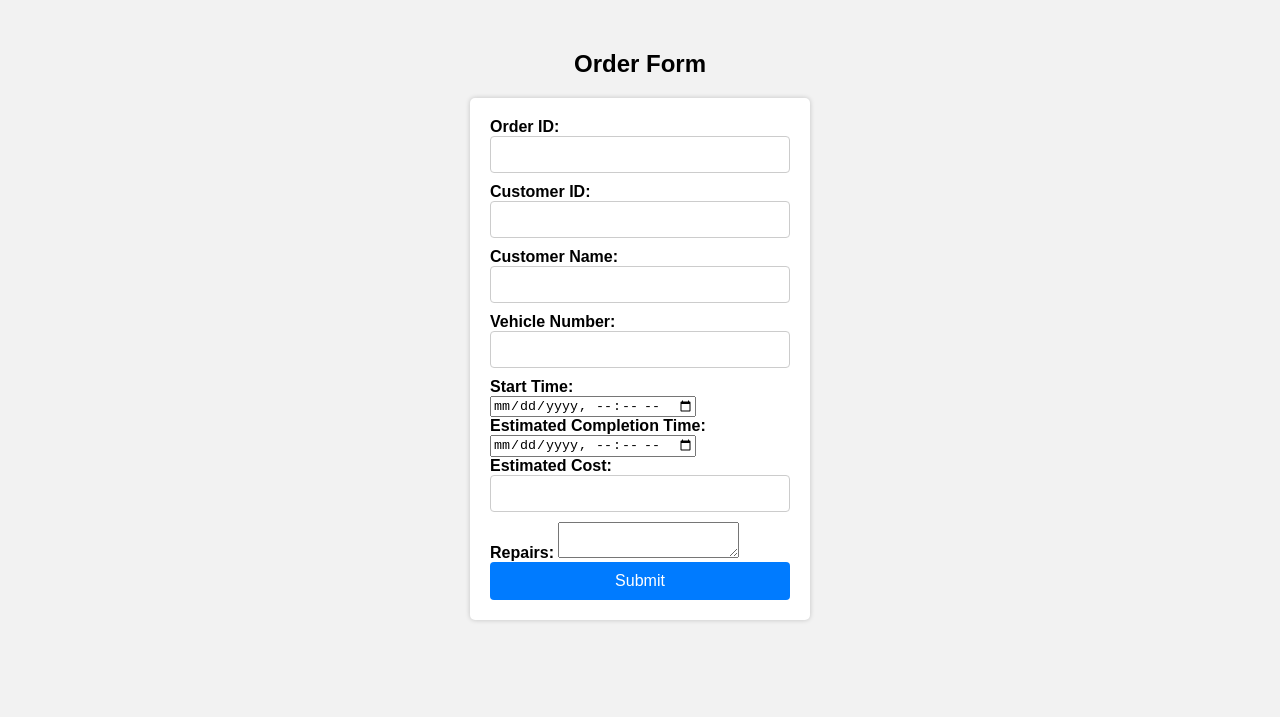
Repository: rohann12/RepairMate
Page: http://localhost/Garage/JSP/order.jsp
The author's editor kept a copy of each file at every save. The page is drawn from the files as they stood at one save, then again after the next save.
The browser window is 1280 px wide. The pictures show the whole page.
The page is served by Tomcat 9.

Above is the page before, as saved 2023-06-17 14:02:13.

After the next save:
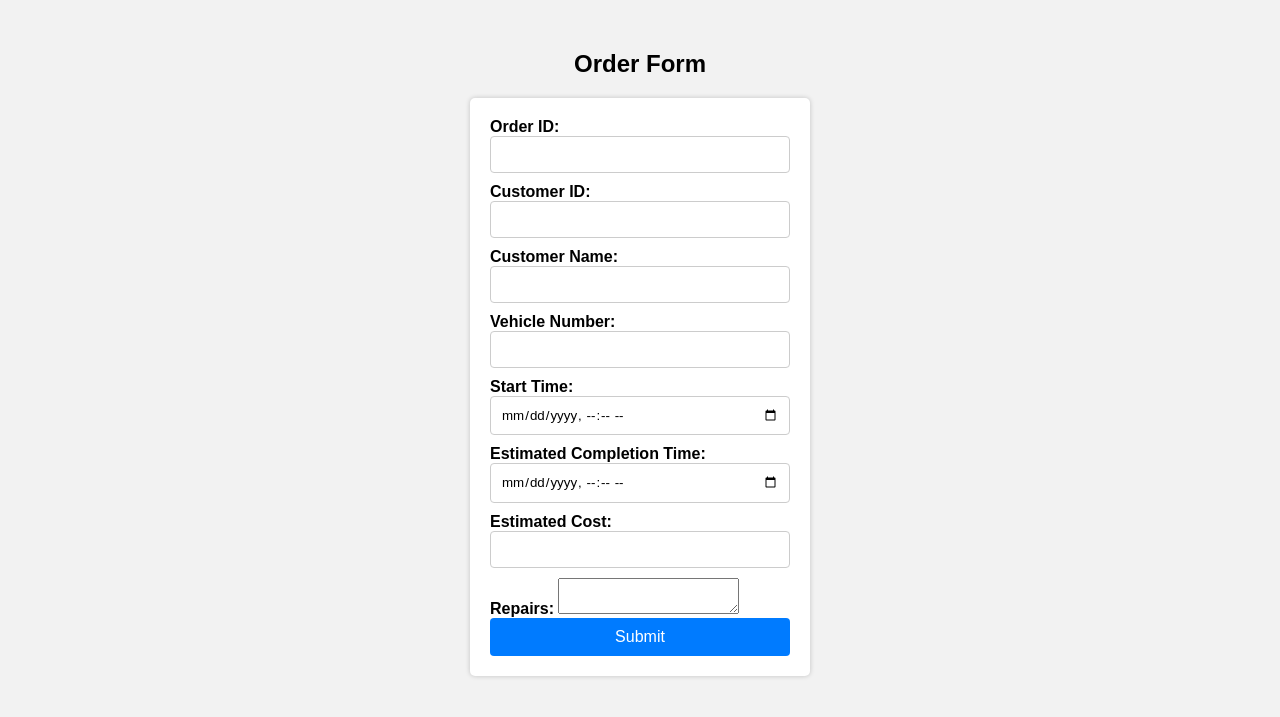
Saved 88 s later.
--- a/Garage/src/main/webapp/CSS/order.css
+++ b/Garage/src/main/webapp/CSS/order.css
@@ -24,7 +24,8 @@ label {
 
 input[type="text"],
 input[type="password"],
-input[type="number"] {
+input[type="number"],
+input[type="datetime-local"]{
   width: 100%;
   padding: 10px;
   margin-bottom: 10px;
